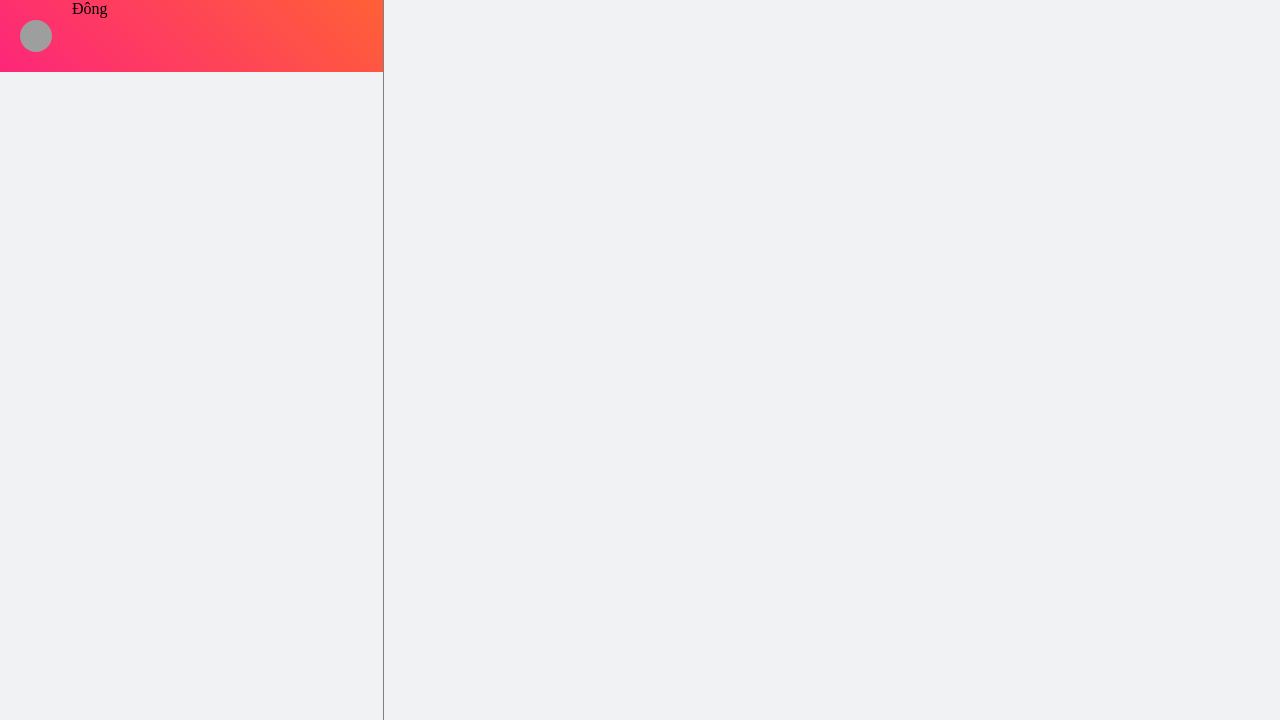
Repository: conquy2002/Project-Tinder
Page: Project RobinTinder/website/index.html
The author's editor kept a copy of each file at every save. The page is drawn from the files as they stood at one save, then again after the next save.
The browser window is 1280 px wide. The pictures show the whole page.
Pictures or frames that could not be fetched are drawn as grey boxes.

Above is the page before, as saved 2022-01-07 08:29:46.

### Project RobinTinder/website/index.html
<!DOCTYPE html>
<html lang="en">
<head>
    <meta charset="UTF-8">
    <meta http-equiv="X-UA-Compatible" content="IE=edge">
    <meta name="viewport" content="width=device-width, initial-scale=1.0">
    <title>Robin Hẹn hò</title>
    <link rel="stylesheet" href="./css/style.css" />
</head>
<body>
    <div class="main">
        <aside class="nav">
            <div class="nav__header">
                <div class="nav__hearder--profile">
                    <img src = "https://scontent.fhph1-3.fna.fbcdn.net/v/t1.6435-1/c1.64.198.199a/p200x200/141433767_1108249559690088_990288042436184426_n.jpg?_nc_cat=107&ccb=1-5&_nc_sid=7206a8&_nc_ohc=5yxEM9Iimv0AX_4k7Ox&_nc_ht=scontent.fhph1-3.fna&oh=00_AT-vqYdzU7_RG4YwBws_REoHUQ_G1kzl29AkfIijrbwnXg&oe=61FCEA38">
                    <span>Đông</span>
                </div>
                <div class="nav__header--contact"></div>
            </div>
            <div class="nav__qc"></div>
            <div class="nav_content"></div>
        </aside>
        <div class="content"></div>
    </div>
</body>
</html>

### Project RobinTinder/website/css/style.css
*{
    margin: 0;
    padding: 0;
    box-sizing: border-box;
}
.main{
    background-color: #f0f2f4;
    height: 100vh;
    width: 100%;
    display: flex;
}
.nav{
    flex-basis: 30%;
    height: 100%;
    border-right: .1px solid gray;
}
.nav__header{
    background: linear-gradient(
45deg,#fd267a,#ff6036);
    background-image: linear-gradient(
45deg, rgb(253, 38, 122), rgb(255, 96, 54));
    width: 100%;
}
.nav__hearder--profile{
    display: flex;
}
.nav__hearder--profile img{
    height: 32px;
    width: 32px;
    border-radius: 50%;
    margin: 20px;
}
.content{

}

After the next save:
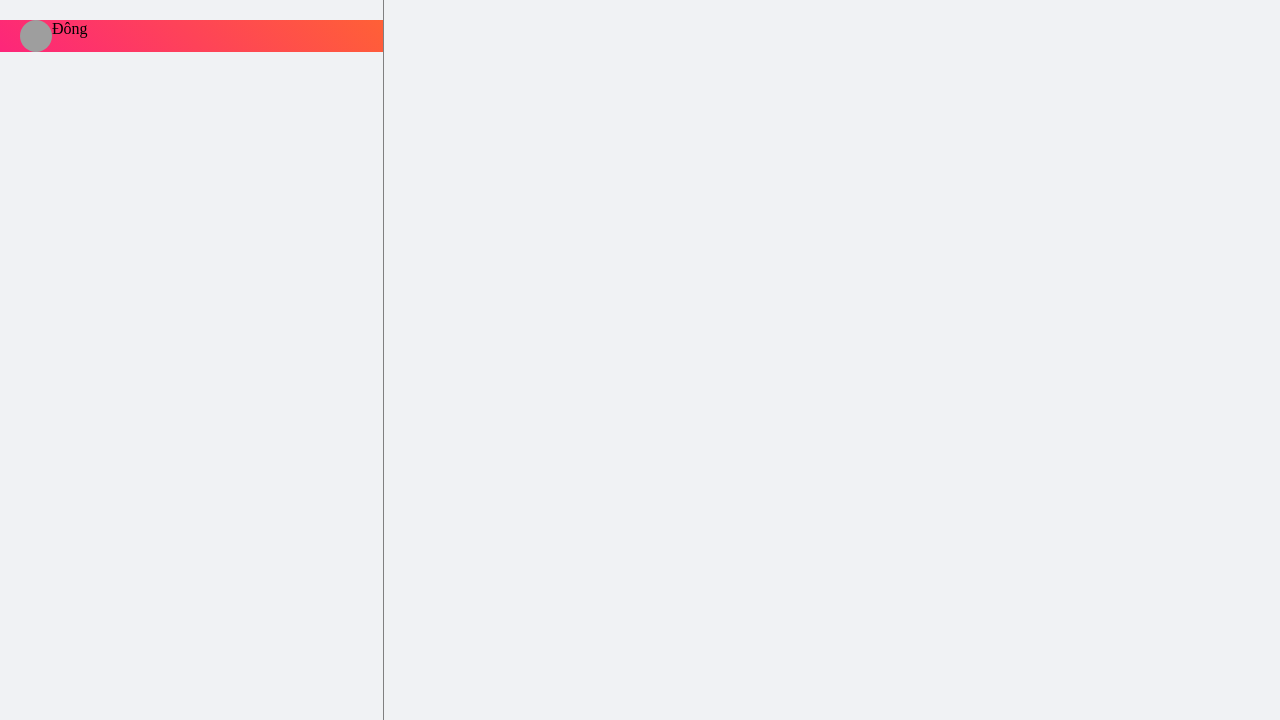
Saved 11 s later.
--- a/Project RobinTinder/website/css/style.css
+++ b/Project RobinTinder/website/css/style.css
@@ -23,12 +23,13 @@
 }
 .nav__hearder--profile{
     display: flex;
+    margin: 20px;
 }
 .nav__hearder--profile img{
     height: 32px;
     width: 32px;
     border-radius: 50%;
-    margin: 20px;
+
 }
 .content{
 

After the save that followed:
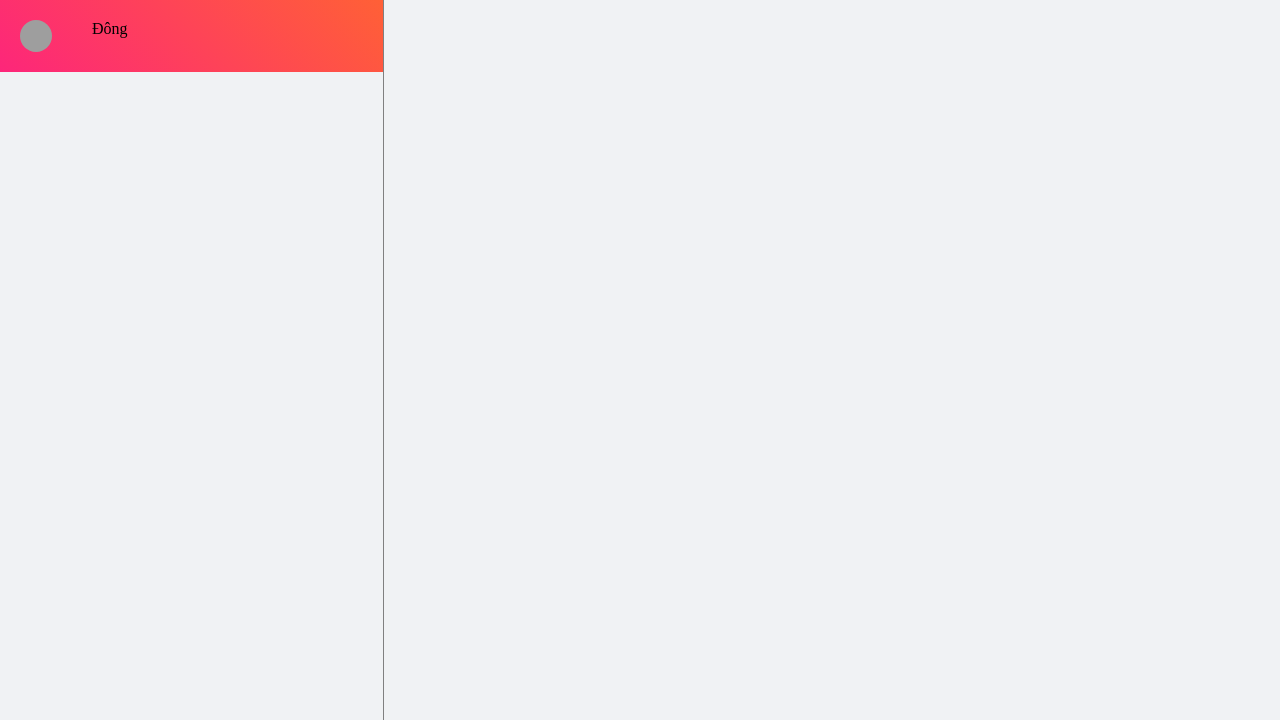
Saved 9 s later.
--- a/Project RobinTinder/website/css/style.css
+++ b/Project RobinTinder/website/css/style.css
@@ -23,13 +23,13 @@
 }
 .nav__hearder--profile{
     display: flex;
-    margin: 20px;
+
 }
-.nav__hearder--profile img{
+.nav__hearder--profile img,span{
     height: 32px;
     width: 32px;
     border-radius: 50%;
-
+    margin: 20px;
 }
 .content{
 
